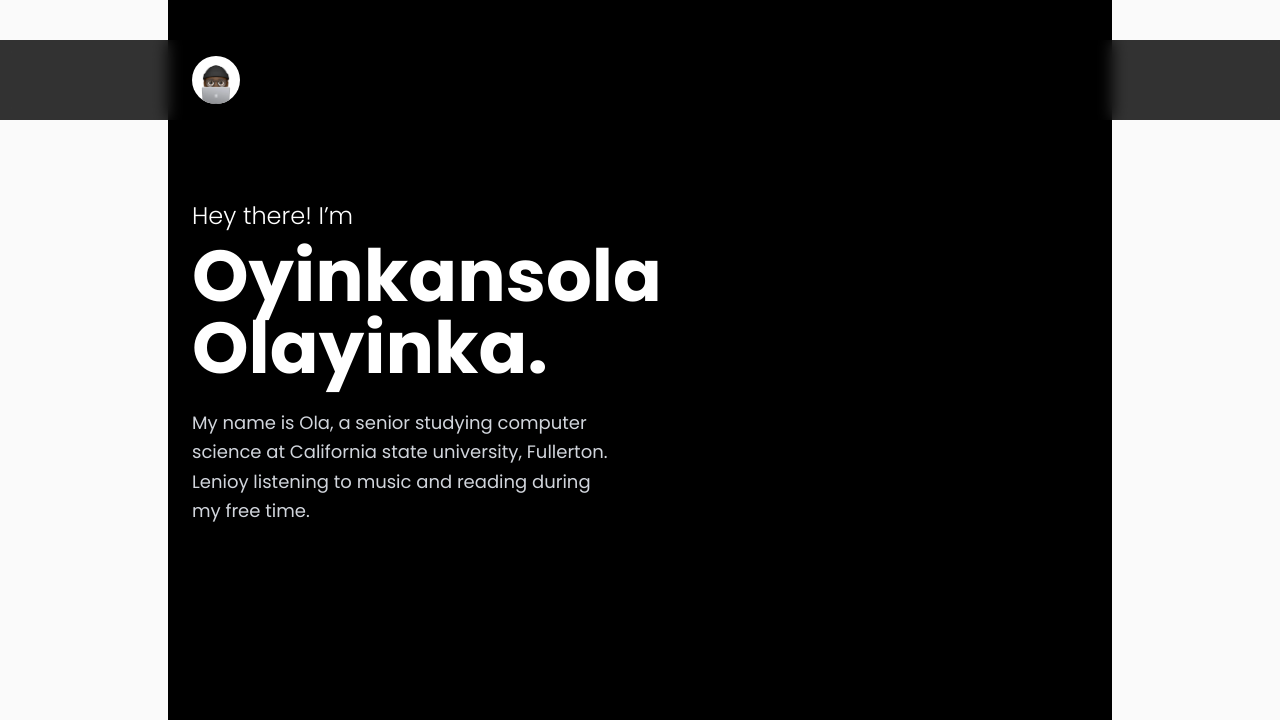
Repository: olasores/olasores-portfolio
Page: /
These files come from the project's save history. The page is drawn as it stood at one moment and after the next save; the edit follows.
The browser window is 1280 px wide. The pictures show the whole page.
The project was rebuilt for these pictures with package versions that can differ from the ones it lists, and the page was loaded fresh each time. The framework's server and built-in components were replaced by stand-ins that run in the browser. Also part of the build but not shown: next.config.ts.

Above is the page before, as saved 2025-11-11 12:37:48.

After the next save:
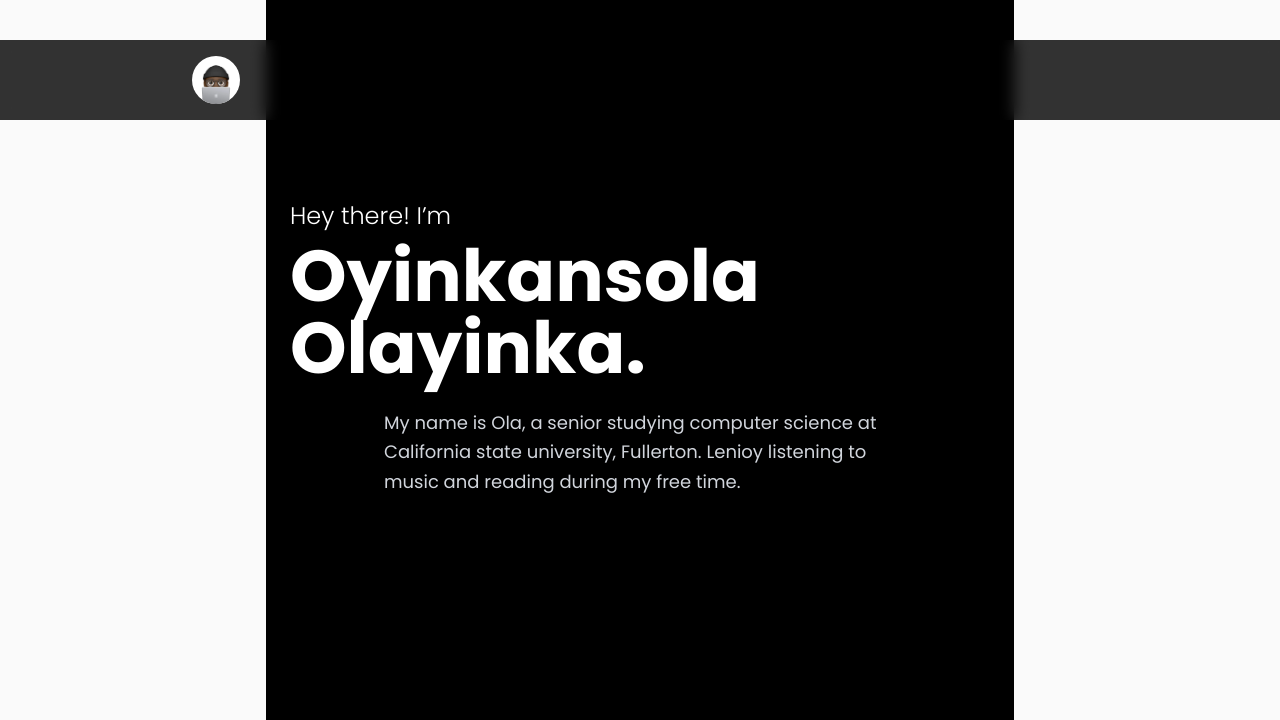
Saved 115 s later.
--- a/app/components/HomeSection.tsx
+++ b/app/components/HomeSection.tsx
@@ -3,9 +3,9 @@
 export default function HomeSection() {
     return (
         <div className="flex min-h-screen items-start justify-center bg-black font-sans dark:bg-black px-6 py-5 pt-50">
-            <div className="grid grid-cols-1 md:grid-cols-2 gap-12 max-w-4xl w-full items-center">
-                {/* Left side: Text content */}
-                <div className="flex flex-col gap-6 items-center md:items-start">
+            <div className="w-full max-w-[700px] flex flex-col gap-12 items-center">
+                {/* Text content */}
+                <div className="flex flex-col gap-6 items-center w-full">
                     <div>
                         <h2 className="text-xl md:text-2xl font-light text-white mb-2">
                             Hey there! I&rsquo;m

After the save that followed:
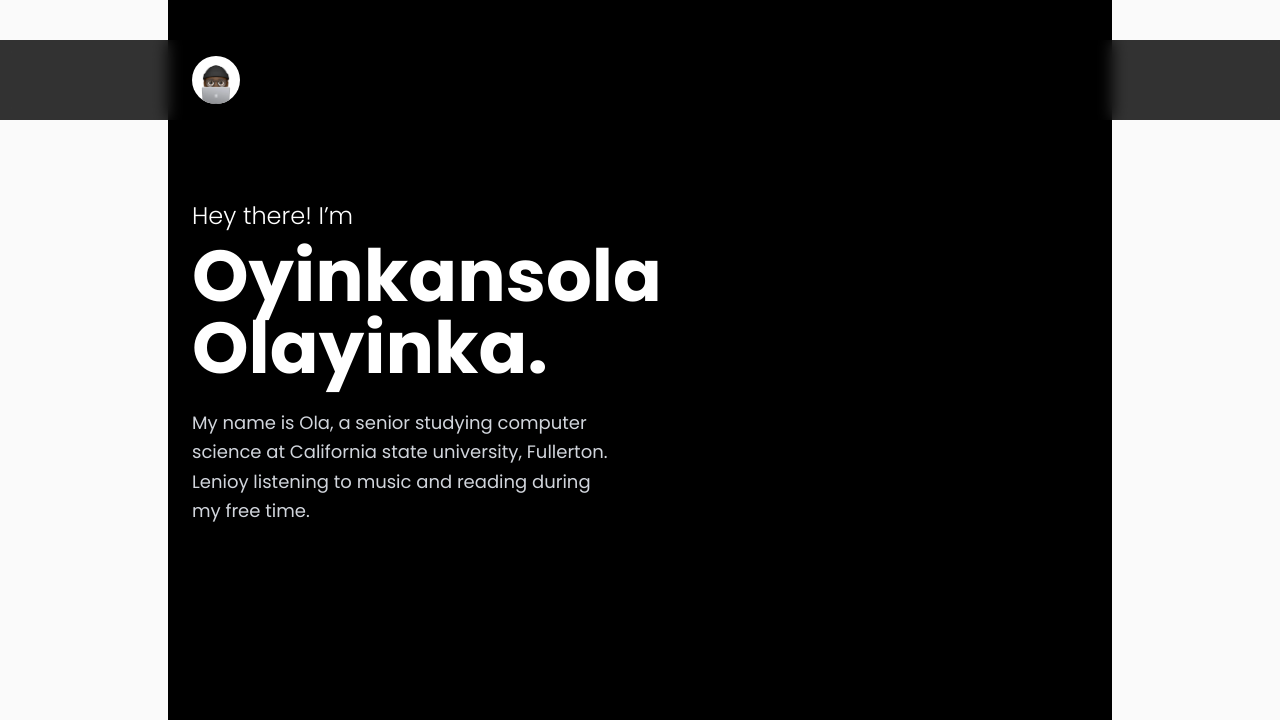
Saved 20 s later.
--- a/app/components/HomeSection.tsx
+++ b/app/components/HomeSection.tsx
@@ -3,9 +3,9 @@
 export default function HomeSection() {
     return (
         <div className="flex min-h-screen items-start justify-center bg-black font-sans dark:bg-black px-6 py-5 pt-50">
-            <div className="w-full max-w-[700px] flex flex-col gap-12 items-center">
-                {/* Text content */}
-                <div className="flex flex-col gap-6 items-center w-full">
+            <div className="grid grid-cols-1 md:grid-cols-2 gap-12 max-w-4xl w-full items-center">
+                {/* Left side: Text content */}
+                <div className="flex flex-col gap-6 items-center md:items-start">
                     <div>
                         <h2 className="text-xl md:text-2xl font-light text-white mb-2">
                             Hey there! I&rsquo;m
